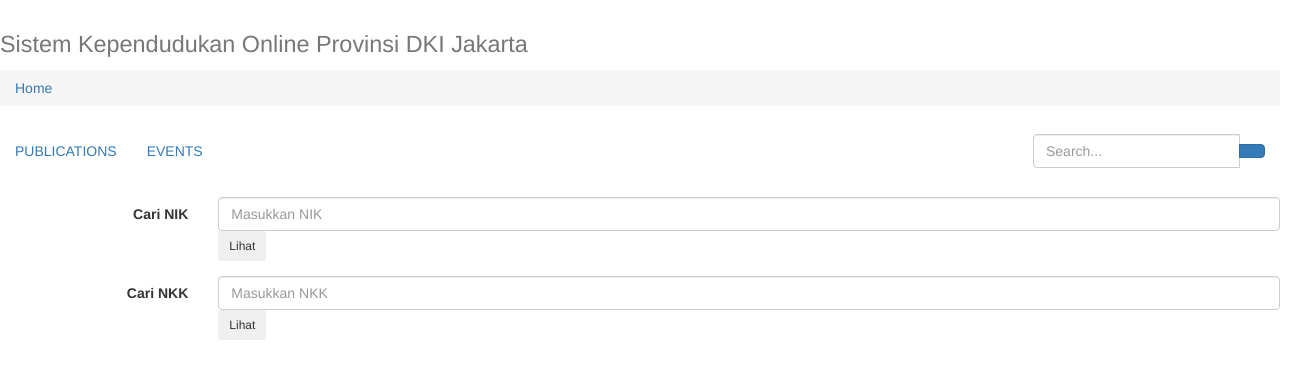
Repository: apap-2017/tugas1_1406544135
Page: http://localhost/index
The author's editor kept a copy of each file at every save. The page is drawn from the files as they stood at one save, then again after the next save.
The browser window is 1280 px wide. The page is 1295 px wide, so the pictures cover 1295 px, including what lies to the right of the window. The pictures show the whole page.
The page is this project's Thymeleaf template; nobody is signed in. The template is opened directly, without the code that normally fills it, so the values that code supplies are empty.

Above is the page before, as saved 2017-10-20 04:56:38.

### Tugas1_1406544135/src/main/resources/templates/index.html
<!DOCTYPE HTML>
<html xmlns="http://www.w3.org/1999/xhtml"
	xmlns:th="http://www.thymeleaf.org">
<head>
<title>Siduk DKI</title>
<meta http-equiv="Content-Type" content="text/html; charset=UTF-8" />
     <link href="../../static/css/bootstrap.min.css" rel="stylesheet" th:href="@{/css/bootstrap.min.css}" />
</head>

<body>

	<section class="content-header">
		<h1>
			<small>Sistem Kependudukan Online Provinsi DKI Jakarta</small>
		</h1>

		<ol class="breadcrumb">
			<li><a th:href="@{/}">Home</a></li>
		</ol>

			<nav class="navbar navbar-static-top" role="navigation">
				<!-- Sidebar toggle button-->


				<a href="#" class="sidebar-toggle" data-toggle="offcanvas"
					role="button"> <span class="sr-only">Toggle navigation</span>
				</a>
				<!-- Navbar Right Menu -->
				<div class="navbar-custom-menu">
					<ul class="nav navbar-nav">
						<li><a th:href="@{/b8/home/publication}">PUBLICATIONS</a></li>
						<li><a th:href="@{/b8/home/event}">EVENTS</a></li>
					</ul>
					<form th:action="@{/b8/result}" method="get" class=" pull-right navbar-form">
						<div class="input-group">
							<input type="text" name="search" class="form-control"
								id="navbar-search-input" placeholder="Search..." /> <span
								class="input-group-btn">
								<button type="submit" id="search-btn"
									class="btn btn-primary">
									<i class="fa fa-search"></i>
								</button>
							</span>
						</div>
					</form>
				</div>
			</nav>
	</section>


	<form class="form-horizontal" action="/penduduk" method="get">
		<div class="form-group">
			<label class="col-sm-2 control-label">Cari NIK</label>
			<div class="col-sm-10">
				<input type="text" name="nik" class="form-control" placeholder="Masukkan NIK"/>
				<button type="submit" class="btn btn-sm bg-teal pull-left" name="action" value="save">Lihat</button>
			</div>
		</div>
	</form>

	<form class="form-horizontal" action="/keluarga" method="get">
		<div class="form-group">
			<label class="col-sm-2 control-label">Cari NKK</label>
			<div class="col-sm-10">
				<input type="text" name="nkk" class="form-control" placeholder="Masukkan NKK"/>
				<button type="submit" class="btn btn-sm bg-teal pull-left" name="action" value="save">Lihat</button>
			</div>
		</div>
	</form>

</body>

</html>

Loaded but not shown: Tugas1_1406544135/src/main/resources/static/css/bootstrap.min.css (library)

After the next save:
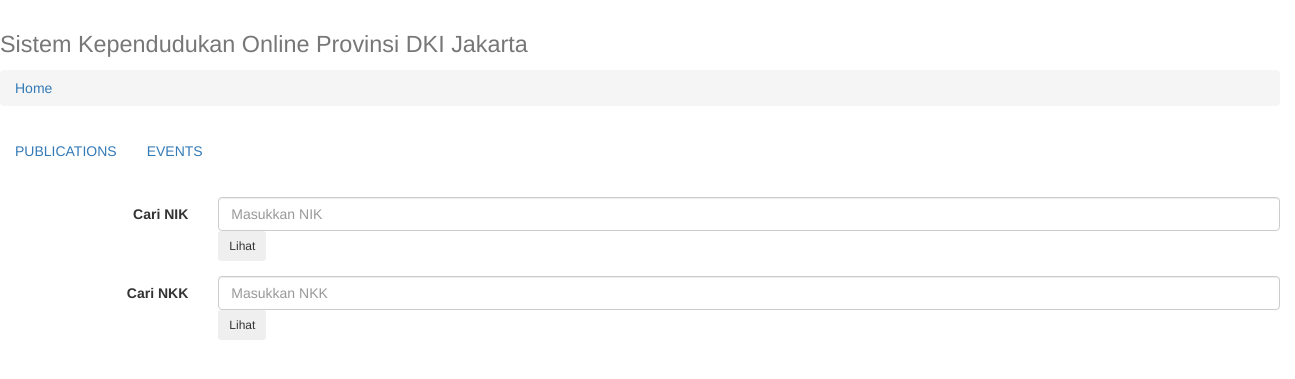
Saved 104 s later.
--- a/Tugas1_1406544135/src/main/resources/templates/index.html
+++ b/Tugas1_1406544135/src/main/resources/templates/index.html
@@ -31,18 +31,6 @@
 						<li><a th:href="@{/b8/home/publication}">PUBLICATIONS</a></li>
 						<li><a th:href="@{/b8/home/event}">EVENTS</a></li>
 					</ul>
-					<form th:action="@{/b8/result}" method="get" class=" pull-right navbar-form">
-						<div class="input-group">
-							<input type="text" name="search" class="form-control"
-								id="navbar-search-input" placeholder="Search..." /> <span
-								class="input-group-btn">
-								<button type="submit" id="search-btn"
-									class="btn btn-primary">
-									<i class="fa fa-search"></i>
-								</button>
-							</span>
-						</div>
-					</form>
 				</div>
 			</nav>
 	</section>
